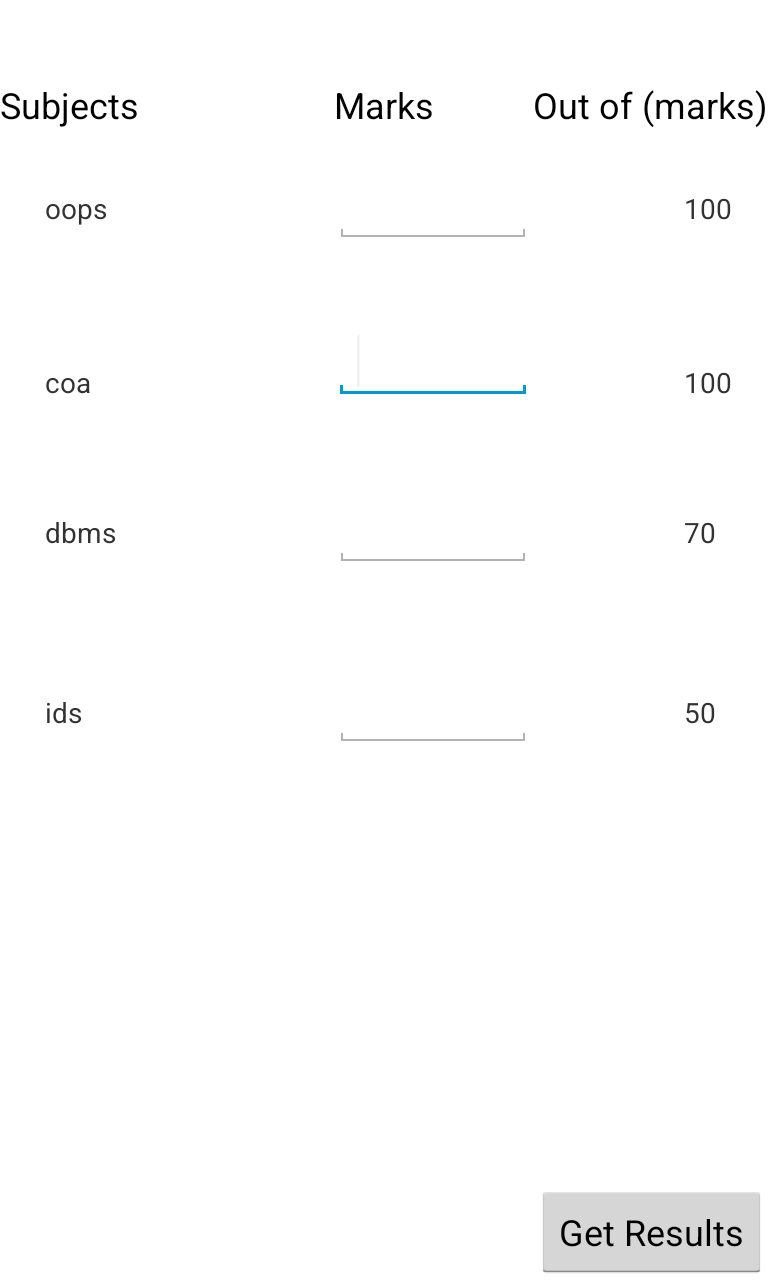
Repository: arjuntheprogrammer/iact
Layout: iact/iact android practice/mywork/ReportCard/res/layout/activity_second.xml
The author's editor kept a copy of each file at every save. The layout is drawn from the files as they stood at one save, then again after the next save.
It is drawn on a 768 x 1280 px phone screen (xhdpi) without system bars, with theme AppTheme; the app's code is not run.

Above is the layout before, as saved 2015-12-26 11:01:37.

After the next save:
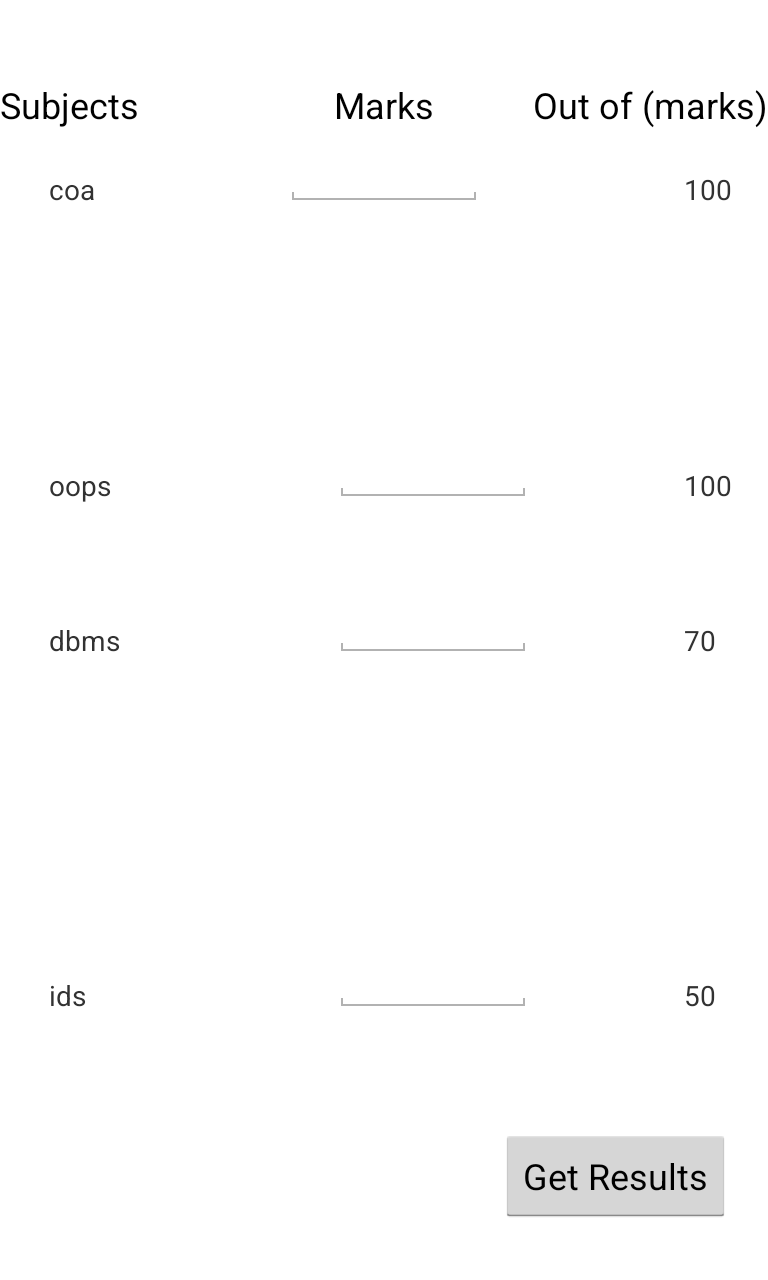
Saved 7 min 50 s later.
--- a/iact/iact android practice/mywork/ReportCard/res/layout/activity_second.xml
+++ b/iact/iact android practice/mywork/ReportCard/res/layout/activity_second.xml
@@ -72,34 +72,77 @@
         android:text="Out of (marks)"
         android:textAppearance="?android:attr/textAppearanceMedium" />
 
+    <Button
+        android:id="@+id/button1"
+        android:layout_width="wrap_content"
+        android:layout_height="wrap_content"
+        android:layout_alignParentBottom="true"
+        android:layout_alignRight="@+id/textView9"
+        android:layout_marginBottom="28dp"
+        android:text="Get Results" />
+
+    <TextView
+        android:id="@+id/textView6"
+        android:layout_width="wrap_content"
+        android:layout_height="wrap_content"
+        android:layout_alignLeft="@+id/textView4"
+        android:layout_centerVertical="true"
+        android:text="dbms"
+        android:textAppearance="?android:attr/textAppearanceSmall" />
+
+    <TextView
+        android:id="@+id/textView7"
+        android:layout_width="wrap_content"
+        android:layout_height="wrap_content"
+        android:layout_above="@+id/button1"
+        android:layout_alignLeft="@+id/textView6"
+        android:layout_marginBottom="57dp"
+        android:text="ids"
+        android:textAppearance="?android:attr/textAppearanceSmall" />
+
     <EditText
-        android:id="@+id/EditText01"
+        android:id="@+id/EditText00"
         android:layout_width="100dp"
         android:layout_height="wrap_content"
-        android:layout_alignBottom="@+id/textView9"
-        android:layout_alignLeft="@+id/editText1"
+        android:layout_below="@+id/textView2"
+        android:layout_centerHorizontal="true"
         android:ems="10"
-        android:inputType="phone" >
+        android:inputType="phone" />
 
-        <requestFocus />
-    </EditText>
+    <TextView
+        android:id="@+id/textView5"
+        android:layout_width="wrap_content"
+        android:layout_height="wrap_content"
+        android:layout_alignBottom="@+id/EditText00"
+        android:layout_alignLeft="@+id/textView4"
+        android:text="coa"
+        android:textAppearance="?android:attr/textAppearanceSmall" />
+
+    <TextView
+        android:id="@+id/textView4"
+        android:layout_width="wrap_content"
+        android:layout_height="wrap_content"
+        android:layout_above="@+id/EditText02"
+        android:layout_alignRight="@+id/textView1"
+        android:layout_marginBottom="38dp"
+        android:layout_marginRight="14dp"
+        android:text="oops"
+        android:textAppearance="?android:attr/textAppearanceSmall" />
+
+    <EditText
+        android:id="@+id/editText01"
+        android:layout_width="100dp"
+        android:layout_height="wrap_content"
+        android:layout_alignBottom="@+id/textView4"
+        android:layout_toLeftOf="@+id/textView3"
+        android:ems="10"
+        android:inputType="phone" />
 
     <EditText
         android:id="@+id/EditText02"
         android:layout_width="100dp"
         android:layout_height="wrap_content"
-        android:layout_alignBaseline="@+id/textView6"
         android:layout_alignBottom="@+id/textView6"
-        android:layout_alignLeft="@+id/EditText01"
-        android:ems="10"
-        android:inputType="phone" />
-
-    <EditText
-        android:id="@+id/editText1"
-        android:layout_width="100dp"
-        android:layout_height="wrap_content"
-        android:layout_alignBaseline="@+id/textView4"
-        android:layout_alignBottom="@+id/textView4"
         android:layout_toLeftOf="@+id/textView3"
         android:ems="10"
         android:inputType="phone" />
@@ -108,59 +151,9 @@
         android:id="@+id/EditText03"
         android:layout_width="100dp"
         android:layout_height="wrap_content"
-        android:layout_alignBaseline="@+id/textView7"
         android:layout_alignBottom="@+id/textView7"
-        android:layout_alignLeft="@+id/EditText02"
+        android:layout_toLeftOf="@+id/textView3"
         android:ems="10"
         android:inputType="phone" />
 
-    <Button
-        android:id="@+id/button1"
-        android:layout_width="wrap_content"
-        android:layout_height="wrap_content"
-        android:layout_alignParentBottom="true"
-        android:layout_alignParentRight="true"
-        android:text="Get Results" />
-
-    <TextView
-        android:id="@+id/textView4"
-        android:layout_width="wrap_content"
-        android:layout_height="wrap_content"
-        android:layout_alignRight="@+id/textView1"
-        android:layout_below="@+id/textView1"
-        android:layout_marginRight="16dp"
-        android:layout_marginTop="30dp"
-        android:text="oops"
-        android:textAppearance="?android:attr/textAppearanceSmall" />
-
-    <TextView
-        android:id="@+id/textView5"
-        android:layout_width="wrap_content"
-        android:layout_height="wrap_content"
-        android:layout_alignLeft="@+id/textView4"
-        android:layout_below="@+id/editText1"
-        android:layout_marginTop="59dp"
-        android:text="coa"
-        android:textAppearance="?android:attr/textAppearanceSmall" />
-
-    <TextView
-        android:id="@+id/textView6"
-        android:layout_width="wrap_content"
-        android:layout_height="wrap_content"
-        android:layout_alignLeft="@+id/textView5"
-        android:layout_below="@+id/textView5"
-        android:layout_marginTop="56dp"
-        android:text="dbms"
-        android:textAppearance="?android:attr/textAppearanceSmall" />
-
-    <TextView
-        android:id="@+id/textView7"
-        android:layout_width="wrap_content"
-        android:layout_height="wrap_content"
-        android:layout_alignLeft="@+id/textView6"
-        android:layout_below="@+id/EditText02"
-        android:layout_marginTop="62dp"
-        android:text="ids"
-        android:textAppearance="?android:attr/textAppearanceSmall" />
-
 </RelativeLayout>
